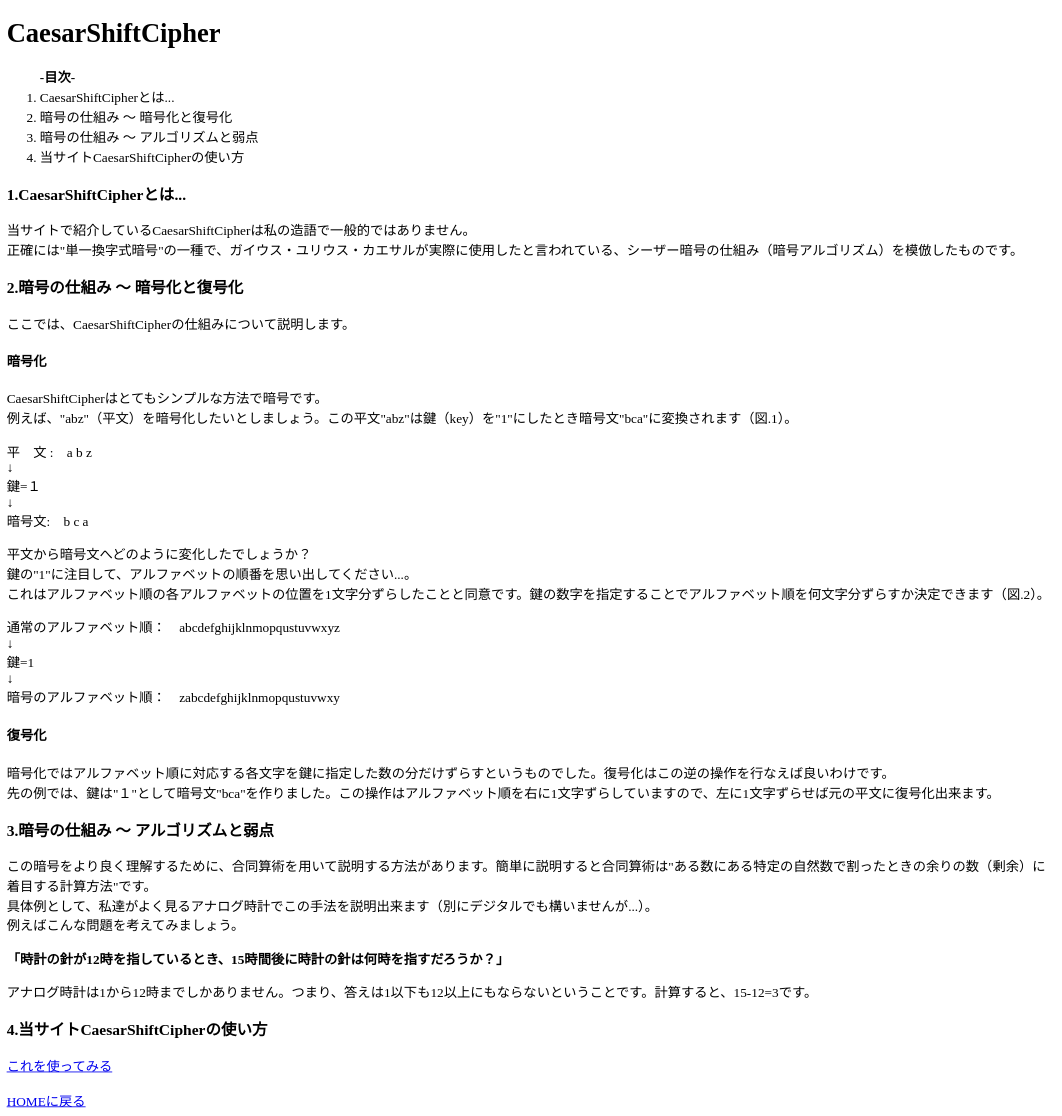
Repository: RantaWatari/TEST
Page: http://localhost/CipherProject/CipherMore?page=1
The author's editor kept a copy of each file at every save. The page is drawn from the files as they stood at one save, then again after the next save.
The browser window is 1280 px wide. The pictures show the whole page, at 83% of full size.
The page is served by Tomcat 9.

Above is the page before, as saved 2017-07-25 07:00:20.

### CipherProject/WebContent/WEB-INF/jsp/CaesarShiftCipher.jsp
<%@ page language="java" contentType="text/html; charset=UTF-8"
    pageEncoding="UTF-8"%>
<!DOCTYPE html PUBLIC "-//W3C//DTD HTML 4.01 Transitional//EN" "http://www.w3.org/TR/html4/loose.dtd">
<html>
<head>
<meta http-equiv="Content-Type" content="text/html; charset=UTF-8">
<title>CaesarShiftCipher-Page</title>
</head>
<body>

<h1>CaesarShiftCipher</h1>
	<ol>
	<strong>-目次-</strong>
	<li>CaesarShiftCipherとは...</li>
	<li>暗号の仕組み ～ 暗号化と復号化</li>
	<li>暗号の仕組み ～ アルゴリズムと弱点</li>
	<li>当サイトCaesarShiftCipherの使い方</li>
	</ol>
<h3>1.CaesarShiftCipherとは...</h3>
	<p>当サイトで紹介しているCaesarShiftCipherは私の造語で一般的ではありません。<br>
		正確には"単一換字式暗号"の一種で、ガイウス・ユリウス・カエサルが実際に使用したと言われている、シーザー暗号の仕組み（暗号アルゴリズム）を模倣したものです。</p>
<h3>2.暗号の仕組み ～ 暗号化と復号化</h3>
	<p>ここでは、CaesarShiftCipherの仕組みについて説明します。</p>
	<h4>暗号化</h4>
		<p>CaesarShiftCipherはとてもシンプルな方法で暗号です。<br>
			例えば、"abz"（平文）を暗号化したいとしましょう。この平文"abz"は鍵（key）を"1"にしたとき暗号文"bca"に変換されます（図.1）。</p>
		<p>平　文 :　a b z<br>↓<br>鍵=１<br>↓<br>暗号文:　b c a</p>
		<p>平文から暗号文へどのように変化したでしょうか？<br>
			鍵の"1"に注目して、アルファベットの順番を思い出してください...。<br>
			これはアルファベット順の各アルファベットの位置を1文字分ずらしたことと同意です。鍵の数字を指定することでアルファベット順を何文字分ずらすか決定できます（図.2）。</p>
		<p>通常のアルファベット順：　abcdefghijklnmopqustuvwxyz<br>↓<br>鍵=1<br>↓<br>暗号のアルファベット順：　zabcdefghijklnmopqustuvwxy</p>
	<h4>復号化</h4>
		<p>暗号化ではアルファベット順に対応する各文字を鍵に指定した数の分だけずらすというものでした。復号化はこの逆の操作を行なえば良いわけです。<br>
			先の例では、鍵は"１"として暗号文"bca"を作りました。この操作はアルファベット順を右に1文字ずらしていますので、左に1文字ずらせば元の平文に復号化出来ます。</p>
<h3>3.暗号の仕組み ～ アルゴリズムと弱点</h3>
	<p>この暗号をより良く理解するために、合同算術を用いて説明する方法があります。簡単に説明すると合同算術は"ある数にある特定の自然数で割ったときの余りの数（剰余）に着目する計算方法"です。<br>
		具体例として、私達がよく見るアナログ時計でこの手法を説明出来ます（別にデジタルでも構いませんが...）。<br>
		例えばこんな問題を考えてみましょう。</p>
		<strong>「時計の針が12時を指しているとき、15時間後に時計の針は何時を指すだろうか？」</strong>
	<p>アナログ時計は1から12時までしかありません。つまり、答えは1以下も12以上にもならないということです。計算すると、15-12=3です。</p>

<h3>4.当サイトCaesarShiftCipherの使い方</h3>
	<p></p>
<a href="http://localhost/CaesarShiftCipher/CaesarShiftCipher">これを使ってみる</a><br><br>
<a href="/CipherProject/">HOMEに戻る</a>

</body>
</html>

### CipherProject/src/servlet/Cipher.java
package servlet;

import java.io.IOException;

import javax.servlet.RequestDispatcher;
import javax.servlet.ServletException;
import javax.servlet.annotation.WebServlet;
import javax.servlet.http.HttpServlet;
import javax.servlet.http.HttpServletRequest;
import javax.servlet.http.HttpServletResponse;

@WebServlet("/CipherMore")
public class Cipher extends HttpServlet {
	private static final long serialVersionUID = 1L;

	protected void doGet(HttpServletRequest request, HttpServletResponse response) throws ServletException, IOException {

		String page =  request.getParameter("page");
		int pageNum = Integer.parseInt(page);

		if(pageNum == 0){

		}else if(pageNum == 1){
			RequestDispatcher dispatcher = request.getRequestDispatcher("/WEB-INF/jsp/CaesarShiftCipher.jsp");
			dispatcher.forward(request, response);
		}else if(pageNum == 2){
			RequestDispatcher dispatcher = request.getRequestDispatcher("/WEB-INF/jsp/VigenereCipher.jsp");
			dispatcher.forward(request, response);
		}else if(pageNum == 3){
			RequestDispatcher dispatcher = request.getRequestDispatcher("/WEB-INF/jsp/Enigma.jsp");
			dispatcher.forward(request, response);
		}else if(pageNum == 777){
			RequestDispatcher dispatcher = request.getRequestDispatcher("/WEB-INF/jsp/Unicode.jsp");
			dispatcher.forward(request, response);
		}

	}

}

After the next save:
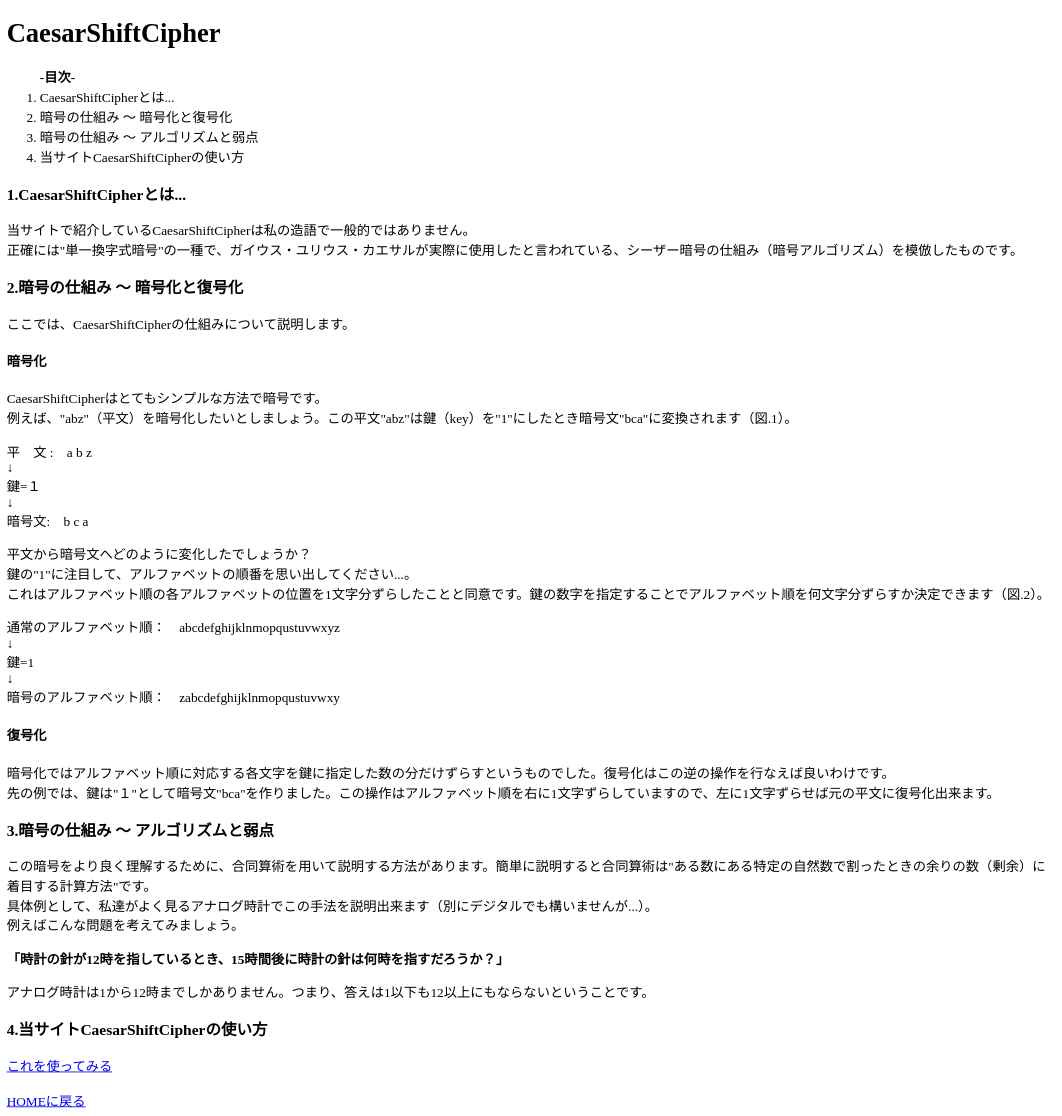
Saved 30 s later.
--- a/CipherProject/WebContent/WEB-INF/jsp/CaesarShiftCipher.jsp
+++ b/CipherProject/WebContent/WEB-INF/jsp/CaesarShiftCipher.jsp
@@ -37,7 +37,7 @@
 		具体例として、私達がよく見るアナログ時計でこの手法を説明出来ます（別にデジタルでも構いませんが...）。<br>
 		例えばこんな問題を考えてみましょう。</p>
 		<strong>「時計の針が12時を指しているとき、15時間後に時計の針は何時を指すだろうか？」</strong>
-	<p>アナログ時計は1から12時までしかありません。つまり、答えは1以下も12以上にもならないということです。計算すると、15-12=3です。</p>
+	<p>アナログ時計は1から12時までしかありません。つまり、答えは1以下も12以上にもならないということです。</p>
 
 <h3>4.当サイトCaesarShiftCipherの使い方</h3>
 	<p></p>
